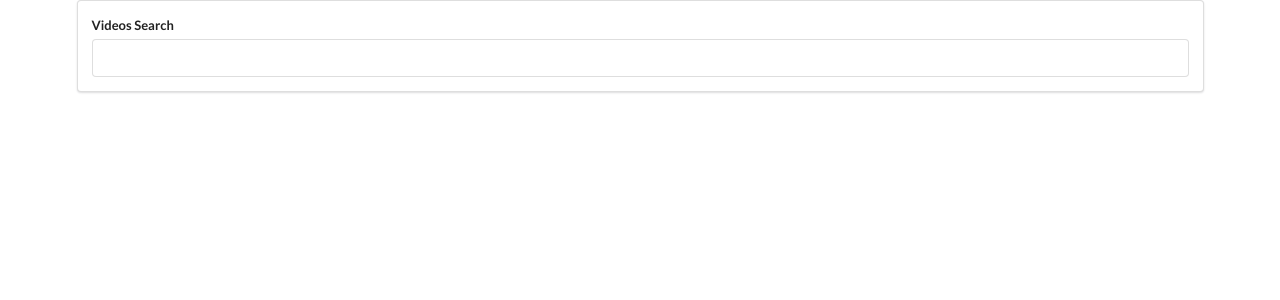
Repository: striver-69/VideoStreaming-Hooks-
Page: /
The author's editor kept a copy of each file at every save. The page is drawn from the files as they stood at one save, then again after the next save.
The browser window is 1280 px wide. The pictures show the whole page.
The project was rebuilt for these pictures with package versions that can differ from the ones it lists, and the page was loaded fresh each time.

Above is the page before, as saved 2021-03-03 19:37:11.

### src/index.js
import React from 'react'
import ReactDOM from 'react-dom'
import App from './components/App'

ReactDOM.render(<App/>,document.querySelector('#root'))

### src/components/App.js
import React, { Component } from 'react'
import SearchBar from './SearchBar'
import youtube from '../apis/youtube'

export class App extends Component {

  state={videos:[]}

  onTermSubmit=async(term)=>{
    const response=await youtube.get('/search',{
      params:{
        q:term
      }
    })
    this.setState({videos:response.data.items})
  }

  render() {
    return (
      <div className="ui container">
        <SearchBar onFormSubmit={this.onTermSubmit}/>
      </div>
    )
  }
}

export default App

### src/components/SearchBar.js
import React from 'react'

class SearchBar extends React.Component{
  state={term:''}

  onInputChange=(event)=>{
    this.setState({term:event.target.value})
  }

  onFormSubmit=(event)=>{
    event.preventDefault()

    this.props.onFormSubmit(this.state.term)
  }

  render(){
    return (
      <div className="search-bar ui segment">
        <form onSubmit={this.onFormSubmit} className="ui form">
          <div className="field">
            <label>Videos Search</label>
            <input type="text" value={this.state.term} onChange={this.onInputChange}/>
          </div>
        </form>
      </div>
    )
  }
}

export default SearchBar

### src/apis/youtube.js
import axios from 'axios'

const KEY='AIzaSyCYnJLCwWfzLs7HoX__IPUQROlx1tq3yig'

export default axios.create({
  baseURL:'https://www.googleapis.com/youtube/v3',
  params:{
    part:'snippet',
    type:'video',
    maxResults:5,
    key:KEY
  }
})

Loaded but not shown: public/index.html (common file)

After the next save:
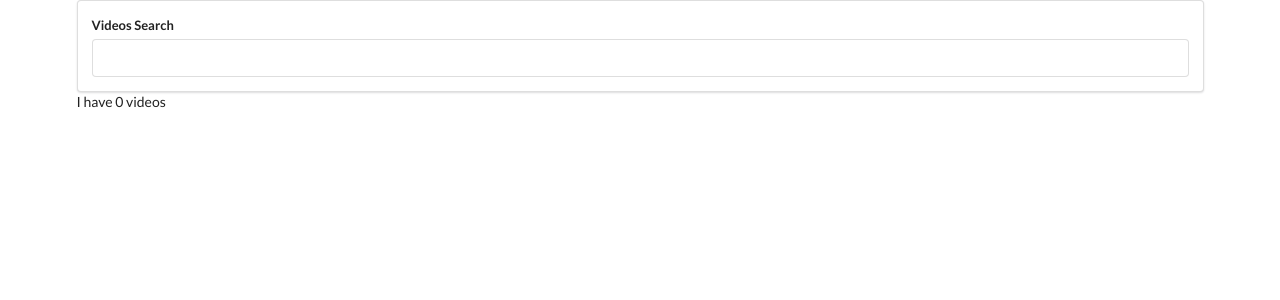
Saved 34 s later.
--- a/src/components/App.js
+++ b/src/components/App.js
@@ -19,6 +19,7 @@ export class App extends Component {
     return (
       <div className="ui container">
         <SearchBar onFormSubmit={this.onTermSubmit}/>
+        I have {this.state.videos.length} videos
       </div>
     )
   }
